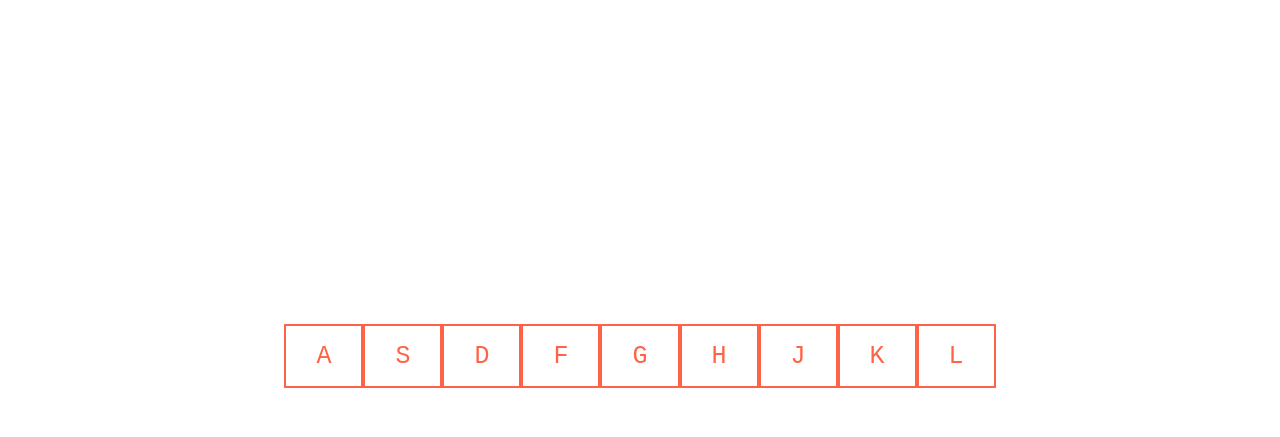
Repository: ritikalohia/Javascript_miniProjects
Page: Project_1/index.html
These files come from the project's save history. The page is drawn as it stood at one moment and after the next save; the edit follows.
The browser window is 1280 px wide. The pictures show the whole page.

Above is the page before, as saved 2021-06-03 20:17:59.

### Project_1/index.html
<!DOCTYPE html>
<html lang="en">
<head>
    <meta charset="UTF-8">
    <meta http-equiv="X-UA-Compatible" content="IE=edge">
    <meta name="viewport" content="width=device-width, initial-scale=1.0">
    <title>Document</title>
    <style>
        body{
            margin: 0;
            display: flex;
            align-items: center;
            justify-content: center;
        }
        .keys{
            display: flex;
            top: 45%;
            position: absolute;
        }
        .sound{
            display: none;
        }

        .key{
            border: 2px solid tomato;
            background: none;
            color: tomato;
            padding: 15px 30px;
            font-size: 25px;
            text-transform: uppercase;
            cursor: pointer;
        }

    </style>
</head>
<body>

    <div class="keys">
        <div data-key="65" class="key">
            <kbd>A</kbd>
            <span class="sound">clap</span>
        </div>
        <div data-key="83" class="key">
            <kbd>S</kbd>
            <span class="sound">hihat</span>
        </div>
        <div data-key="68" class="key">
            <kbd>D</kbd>
            <span class="sound">kick</span>
        </div>
        <div data-key="70" class="key">
            <kbd>F</kbd>
            <span class="sound">openhat</span>
        </div>
        <div data-key="71" class="key">
            <kbd>G</kbd>
            <span class="sound">boom</span>
        </div>
        <div data-key="72" class="key">
            <kbd>H</kbd>
            <span class="sound">ride</span>
        </div>
        <div data-key="74" class="key">
            <kbd>J</kbd>
            <span class="sound">snare</span>
        </div>
        <div data-key="75" class="key">
            <kbd>K</kbd>
            <span class="sound">tom</span>
        </div>
        <div data-key="76" class="key">
            <kbd>L</kbd>
            <span class="sound">tink</span>
        </div>
    </div>

    <audio data-key="65" src="sounds/clap.wav"></audio>
    <audio data-key="83" src="sounds/hihat.wav"></audio>
    <audio data-key="68" src="sounds/kick.wav"></audio>
    <audio data-key="70" src="sounds/openhat.wav"></audio>
    <audio data-key="71" src="sounds/boom.wav"></audio>
    <audio data-key="72" src="sounds/ride.wav"></audio>
    <audio data-key="74" src="sounds/snare.wav"></audio>
    <audio data-key="75" src="sounds/tom.wav"></audio>
    <audio data-key="76" src="sounds/tink.wav"></audio>

    <script>
        window.addEventListener('keydown', function(e){
            console.log(e);
        });
    </script>
</body>
</html>

After the next save:
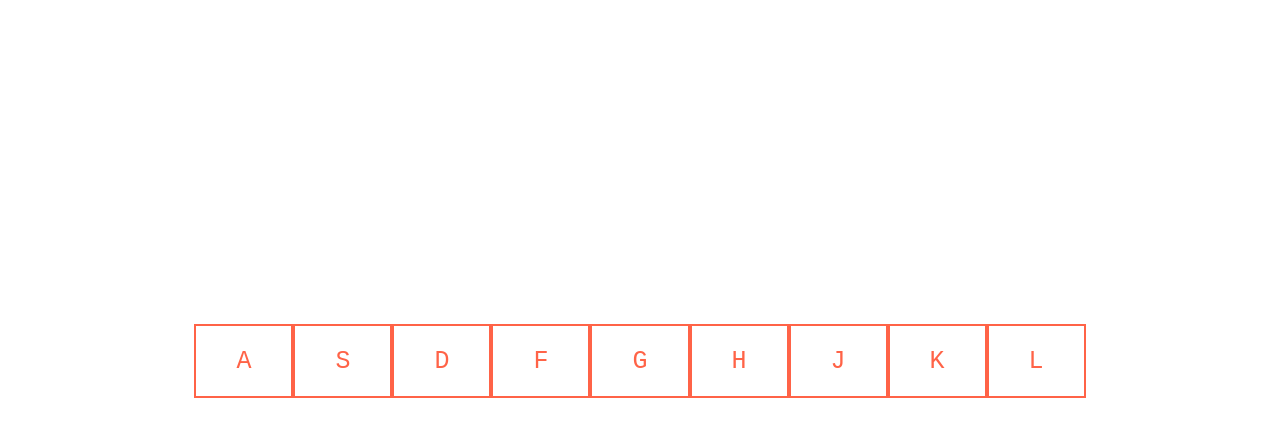
Saved 8 s later.
--- a/Project_1/index.html
+++ b/Project_1/index.html
@@ -25,7 +25,7 @@
             border: 2px solid tomato;
             background: none;
             color: tomato;
-            padding: 15px 30px;
+            padding: 20px 40px;
             font-size: 25px;
             text-transform: uppercase;
             cursor: pointer;
